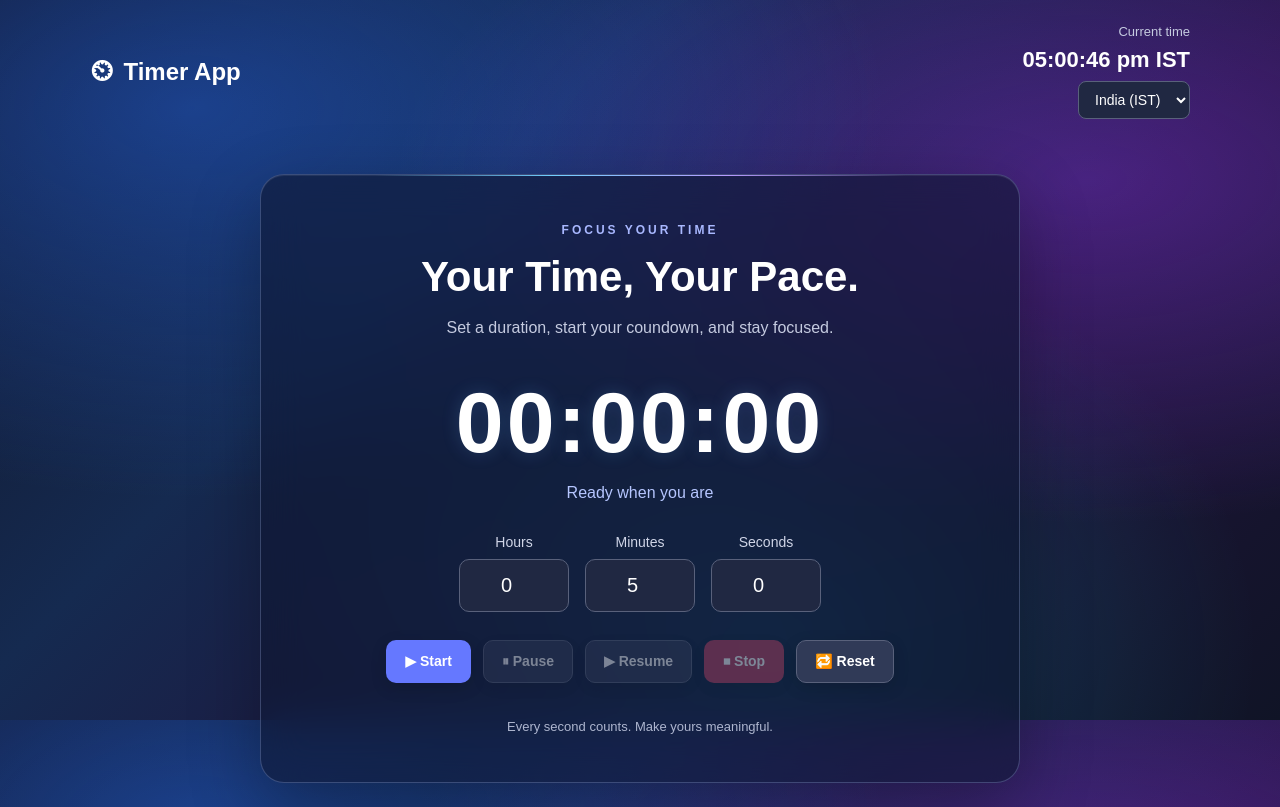
Repository: 22MH1A42G1/timer-app
Page: http://localhost/
The author's editor kept a copy of each file at every save. The page is drawn from the files as they stood at one save, then again after the next save.
The browser window is 1280 px wide. The pictures show the whole page.
Backgrounds fixed to the window are drawn as part of the page. The page is served by the project's application, run on Flask 3 (app.py).

Above is the page before, as saved 2026-10-19 11:59:05.

After the next save:
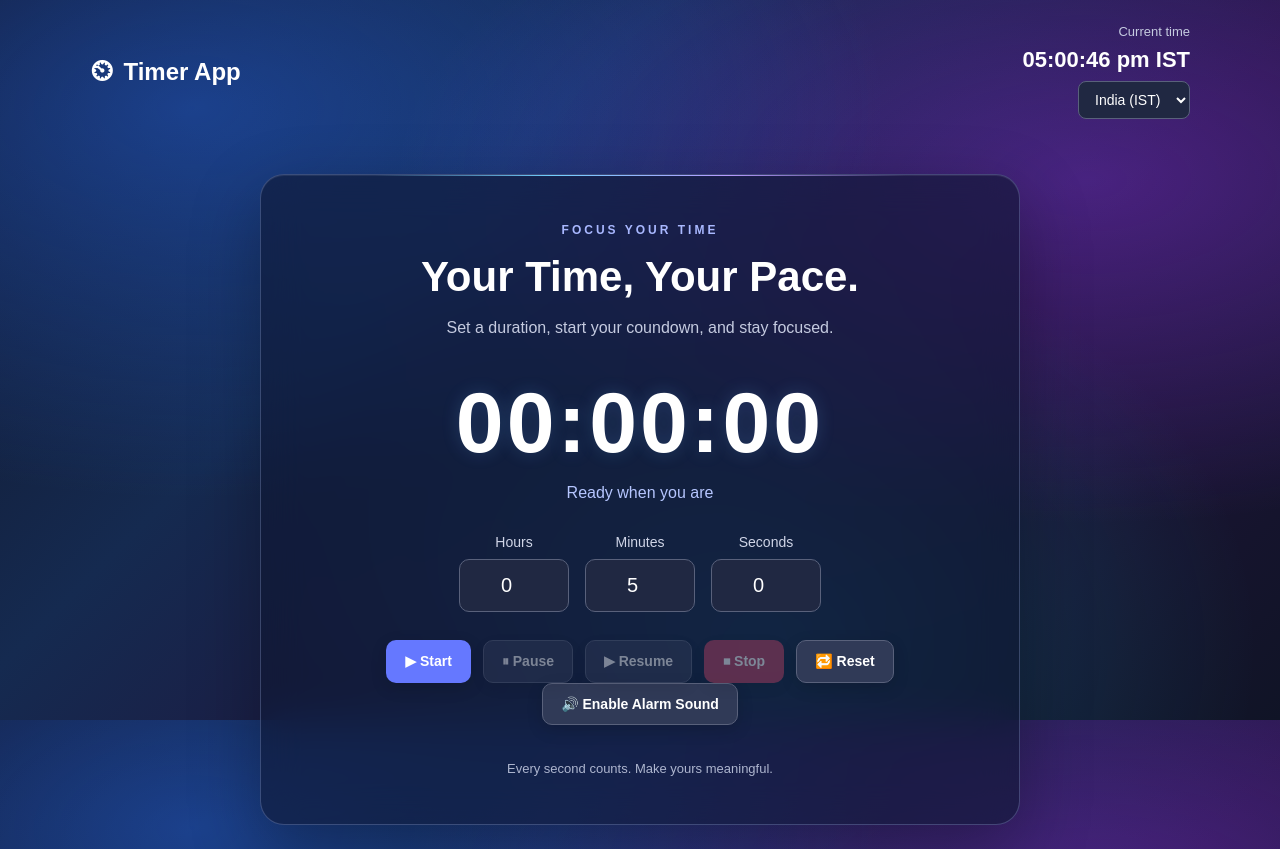
Saved 32 min 37 s later.
--- a/templates/index.html
+++ b/templates/index.html
@@ -100,6 +100,19 @@
                 </button>
             </div>
 
+<div class="alarm-controls">
+    <button type="button" id="enable-alarm-btn"
+            class="btn btn-secondary">
+        🔊 Enable Alarm Sound
+    </button>
+
+    <button type="button" id="dismiss-alarm-btn"
+            class="btn btn-danger" hidden>
+        🔕 Dismiss Alarm
+    </button>
+</div>
+
+
             <p class="footer-note">
                 Every second counts. Make yours meaningful.
             </p>
